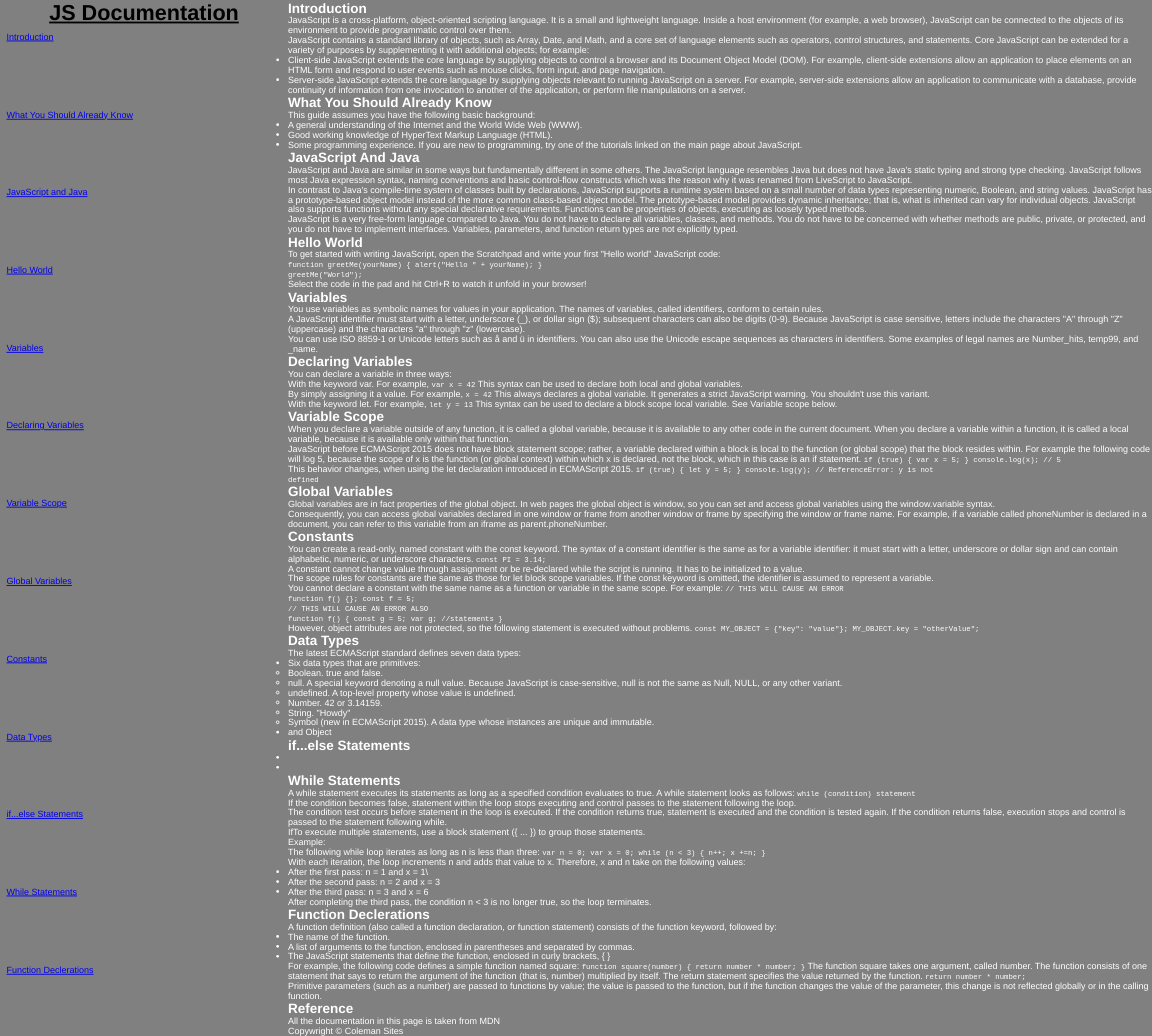
Repository: ctcoleman/technicalDocumentationPage
Page: index.html
These files come from the project's save history. The page is drawn as it stood at one moment and after a run of saves; the edit follows.
The browser window is 1280 px wide. The pictures show the whole page, at 90% of full size.

Above is the page before, as saved 2020-07-10 19:50:26.

After the next 3 saves:
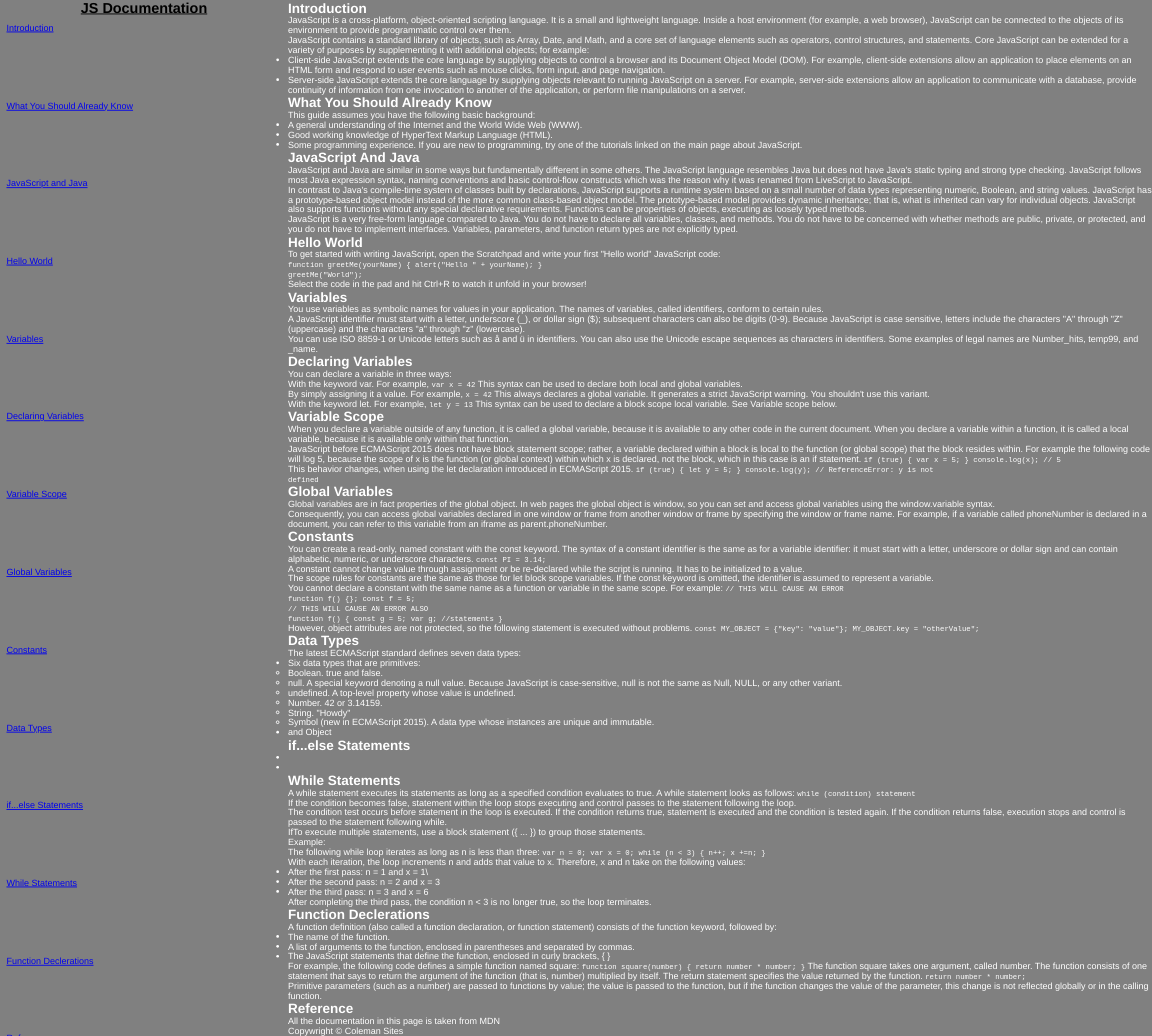
The 3 saves are shown as one change because they came seconds apart.
The last was saved 14 s later.
--- a/assets/stylesheets/style.css
+++ b/assets/stylesheets/style.css
@@ -38,7 +38,7 @@ button {
 }
 
 #main-heading h1 {
-  font-size: 1.5rem;
+  font-size: 1rem;
 }
 
 .nav-container {
